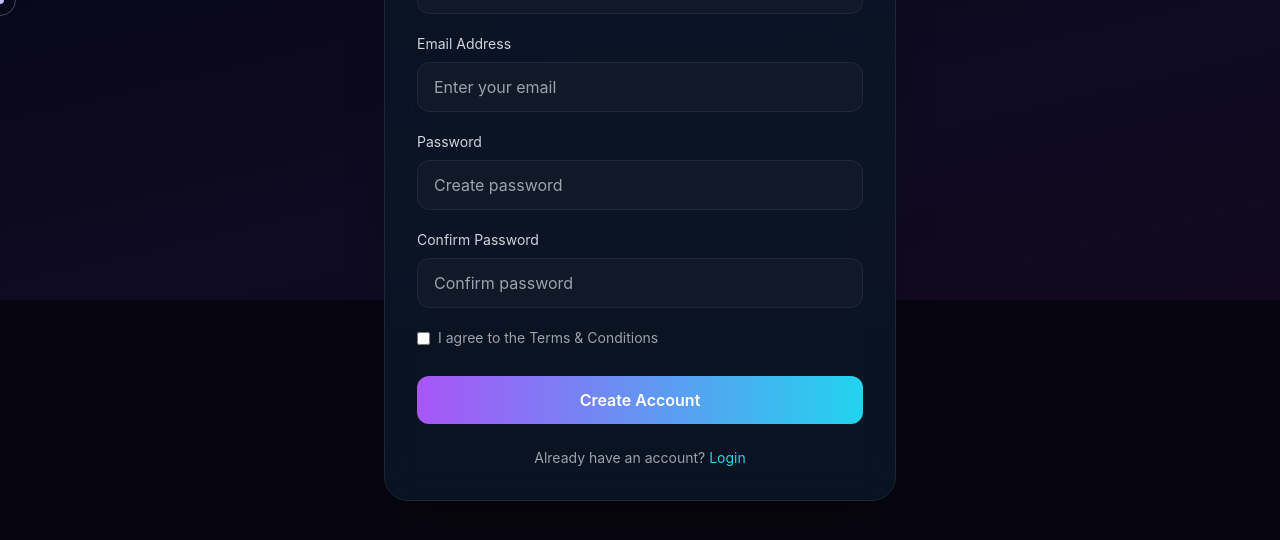
Repository: AMIREDDYRAKEY/chill-zone-
Page: /register
An editor plug-in stored every save of this project. The page is shown before and after the next save, followed by the edit.
The browser window is 1280 px wide. The pictures show the whole page.
The project was rebuilt for these pictures with package versions that can differ from the ones it lists, and the page was loaded fresh each time. Also part of the build but not shown: vite.config.js, src/components/Login.jsx, src/components/Navbar.jsx, src/components/Hero.jsx, src/components/Marquee.jsx, src/components/TabsMenu.jsx, src/components/Ourspecialites.jsx, src/components/Aboutus.jsx and 3 more.

Above is the page before, as saved 2026-05-07 14:37:59.

After the next save:
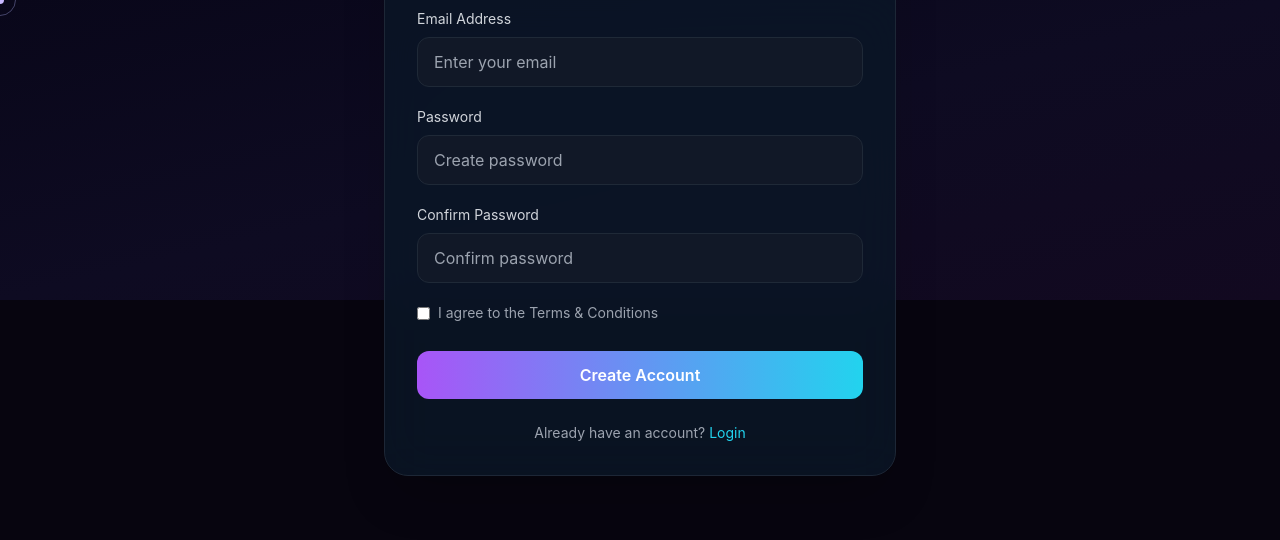
Saved 11 s later.
--- a/src/components/Register.jsx
+++ b/src/components/Register.jsx
@@ -4,7 +4,7 @@ import React from 'react'
 
 const Register = () => {
   return (
-    <div className="h-[300px] flex items-center justify-center px-4 bg-gradient-to-br from-[#09071a] via-[#0e0b22] to-[#120920]">
+    <div className="h-[300px] pb-[50px] flex items-center justify-center px-4 bg-gradient-to-br from-[#09071a] via-[#0e0b22] to-[#120920]">
 
       <div className="w-full max-w-lg bg-[#0a1727]/80 backdrop-blur-xl border border-[#1d2736] rounded-3xl p-8 shadow-2xl">
 
